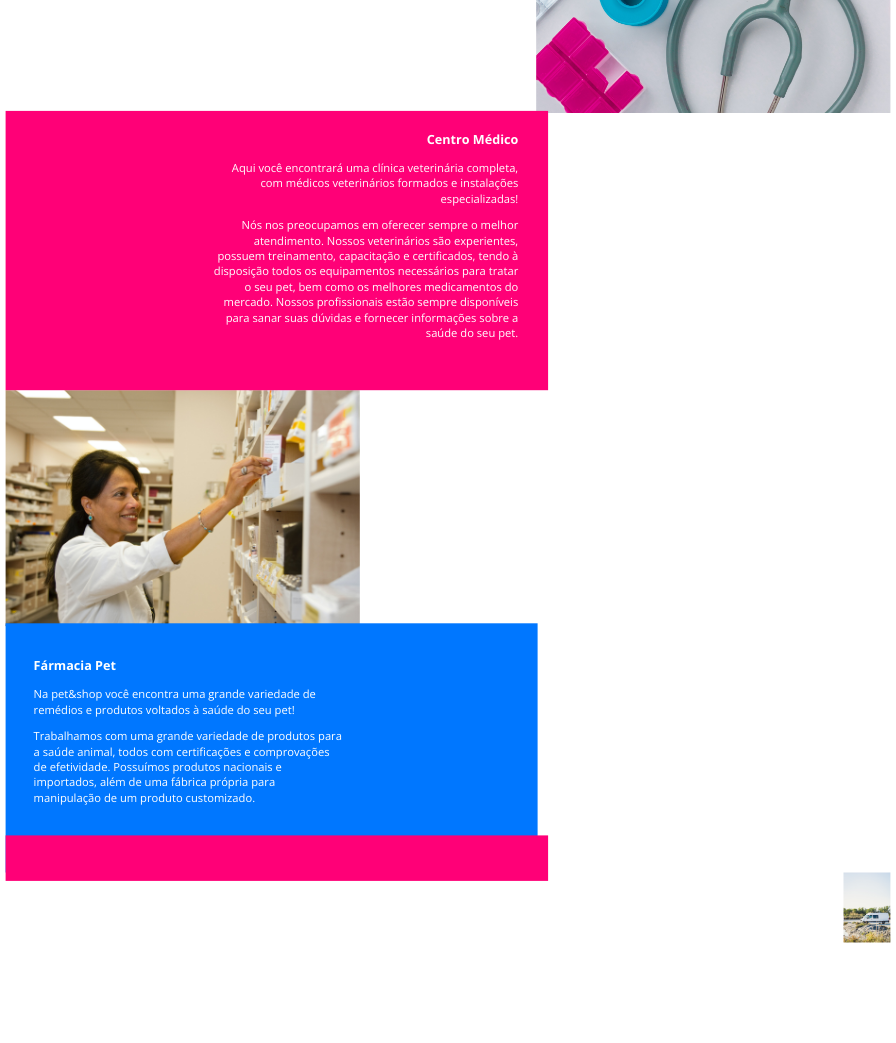
Repository: Iluiscarlos/Projeto-Site-PetShop
Page: Services.html
The author's editor kept a copy of each file at every save. The page is drawn from the files as they stood at one save, then again after the next save.
The browser window is 1280 px wide. The pictures show the part of the page from y = 1078 to 2998 px (the page is 2568 px tall before and 2998 px after), at 70% of full size.
Some web libraries are served in a nearby version.

Above is the page before, as saved 2022-04-26 21:22:34.

After the next save:
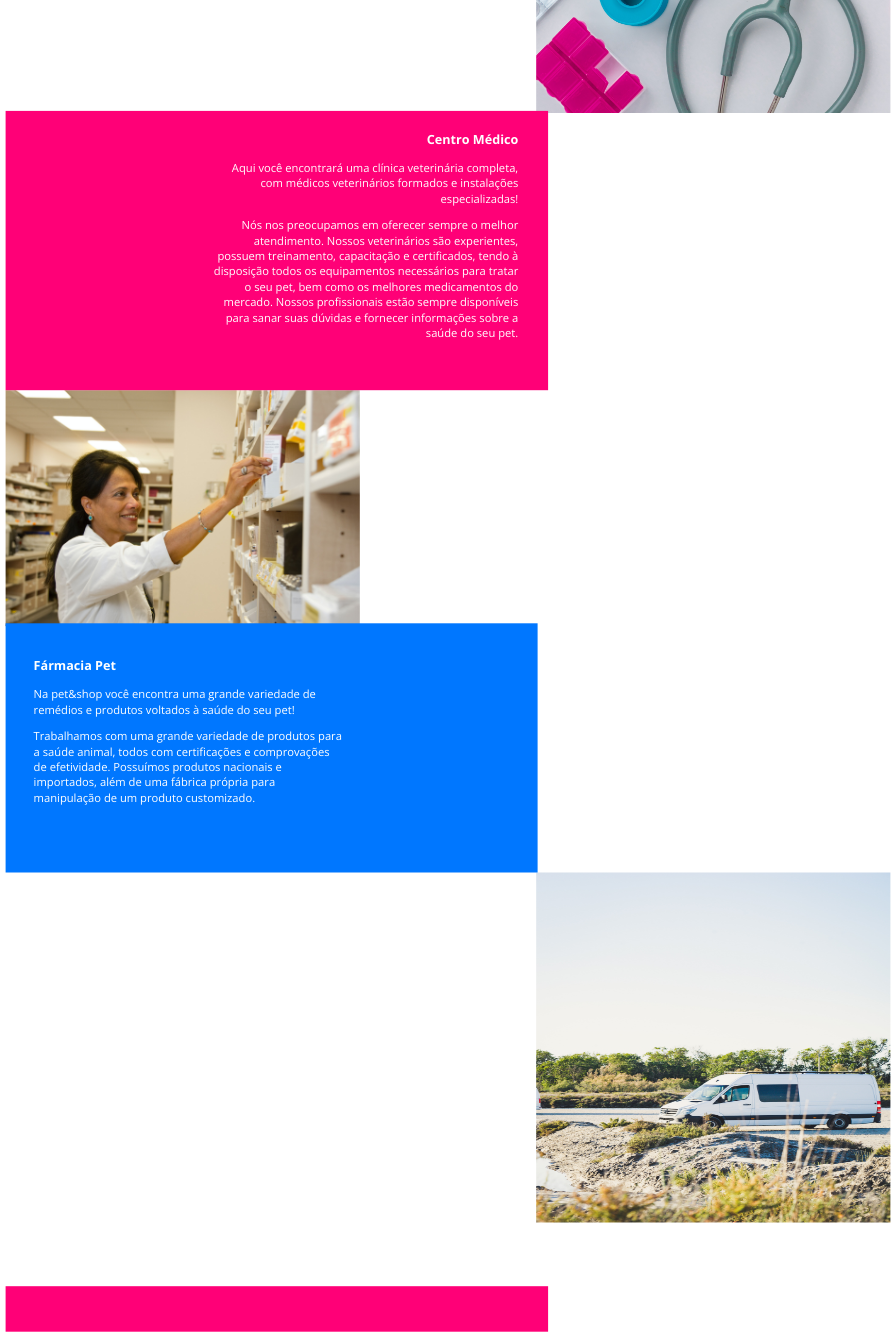
Saved 14 s later.
--- a/Services.html
+++ b/Services.html
@@ -178,8 +178,8 @@
       vertical-align: middle;
     }
     .image-deliver {
-        width: 500;
-        height: 100px;
+        width: 40%;
+        height: 500px;
         display: inline-block;
         margin-top: -40px;
         margin-right: 0px;
